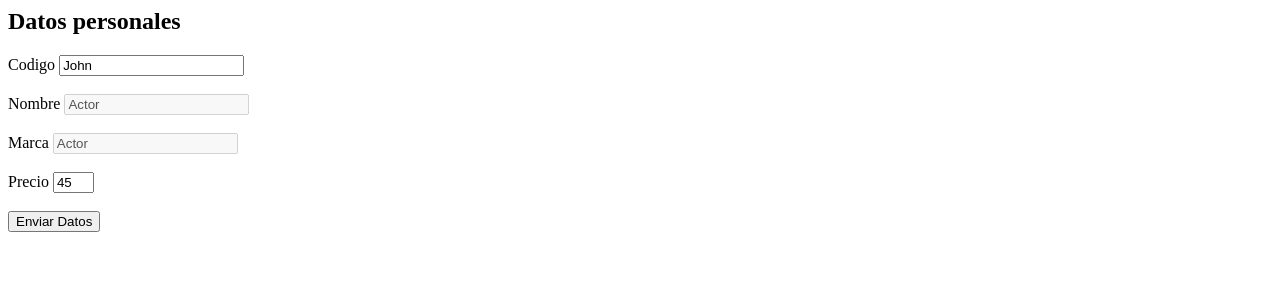
Repository: Alemartinez97/New-Repository
Page: programacion-3/tp3/formProducto.html
The author's editor kept a copy of each file at every save. The page is drawn from the files as they stood at one save, then again after the next save.
The browser window is 1280 px wide. The pictures show the whole page.

Above is the page before, as saved 2020-06-04 17:56:00.

### programacion-3/tp3/formProducto.html
<html>
<head>
	<title>Cuadros de texto</title>
        <!--Esta línea a continuación sirve para que los caracteres
         como la ñ o tildes se visualicen correctamente-->
	<meta charset="UTF-8">
</head>
<body>
<!--Creamos una caja llamada contenedor. div es una etiqueta
contenedora que actúa como caja contenedora de otros elementos.
Cobra sentido con el uso de CSS-->
<div id="contenedor">
	<h2 id="encabezado">Datos personales</h2>
	<form id="formulario1">
		<label for="">Codigo</label>
        <input type="text" name="nombre" id="nombre" value="John"><br>
    </br>
        <label for="">Nombre</label>
        <input type="text" name="profesion" id="profesion" value="Actor" disabled="disabled"><br>
    </br>
		<label for="">Marca</label>
        <input type="text" name="profesion" id="profesion" value="Actor" disabled="disabled"><br>
    </br>
		<label for="">Precio</label>
        <input type="text" name="edad" id="edad" size="2" maxlength="2" value="45"><br>
</br>
        <button>Enviar Datos
            <a href="/producto.html" />
        </button>
	</form>
</div>
</body>
</html>

After the next save:
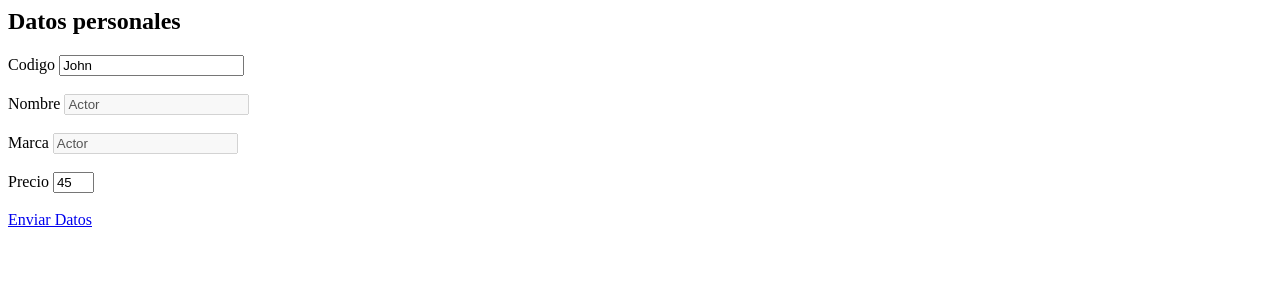
Saved 47 s later.
--- a/programacion-3/tp3/formProducto.html
+++ b/programacion-3/tp3/formProducto.html
@@ -24,9 +24,8 @@
 		<label for="">Precio</label>
         <input type="text" name="edad" id="edad" size="2" maxlength="2" value="45"><br>
 </br>
-        <button>Enviar Datos
-            <a href="/producto.html" />
-        </button>
+        <a href="/producto.html">Enviar Datos
+        </a>
 	</form>
 </div>
 </body>

After the save that followed:
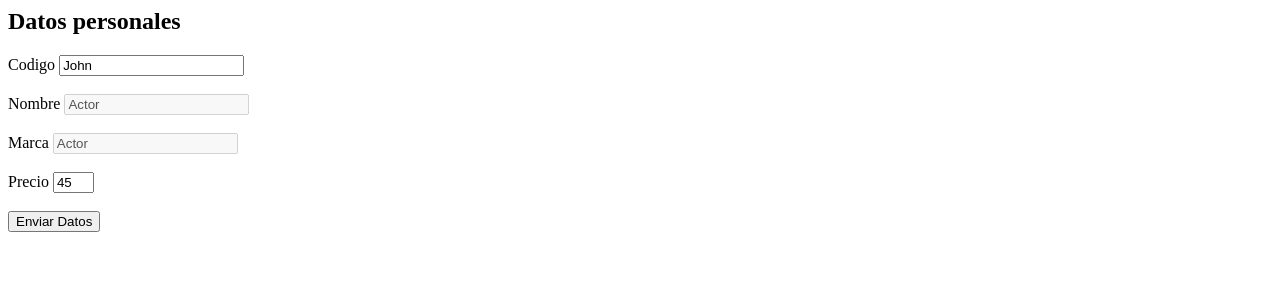
Saved 68 s later.
--- a/programacion-3/tp3/formProducto.html
+++ b/programacion-3/tp3/formProducto.html
@@ -24,8 +24,9 @@
 		<label for="">Precio</label>
         <input type="text" name="edad" id="edad" size="2" maxlength="2" value="45"><br>
 </br>
-        <a href="/producto.html">Enviar Datos
-        </a>
+        <button>Enviar Datos
+            <a href="producto.html" />
+        </button>
 	</form>
 </div>
 </body>
